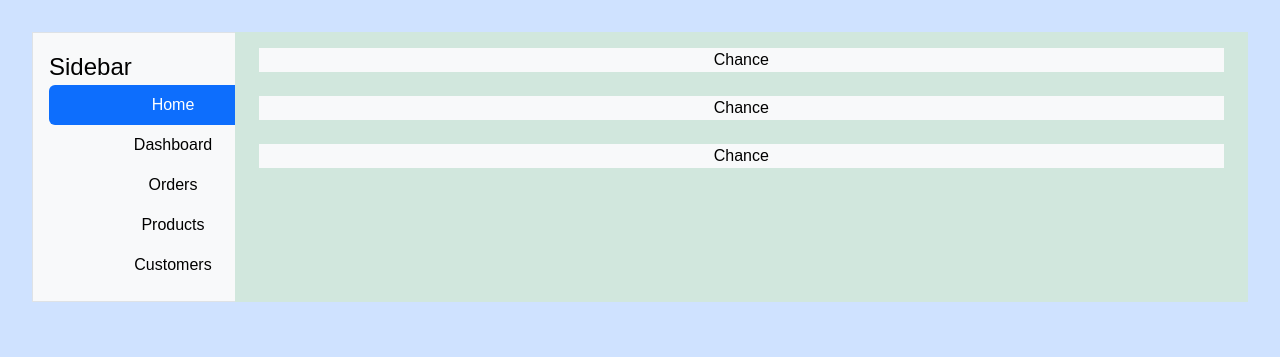
Repository: chancellor-w-whitaker/bec-tab
Page: /
An editor plug-in stored every save of this project. The page is shown before and after the next save, followed by the edit.
The browser window is 1280 px wide. The pictures show the whole page.
Some web fonts or font styles are not loaded; a fallback is used. The project was rebuilt for these pictures with package versions that can differ from the ones it lists, and the page was loaded fresh each time. Also part of the build but not shown: vite.config.js.

Above is the page before, as saved 2024-01-07 01:20:37.

### src/main.jsx
// Bootstrap Bundle JS
import "bootstrap/dist/js/bootstrap.bundle.min";
// Bootstrap CSS
import "bootstrap/dist/css/bootstrap.min.css";
import ReactDOM from "react-dom/client";
import React from "react";

import App from "./App.jsx";
import "./index.css";

ReactDOM.createRoot(document.getElementById("root")).render(
  <React.StrictMode>
    <App />
  </React.StrictMode>
);

### src/App.jsx
import { useEffect } from "react";

import "./App.css";

const useBodyBgVariant = (bgVariant = "body-tertiary") => {
  useEffect(() => {
    document.body.classList.add(`bg-${bgVariant}`);

    return () => {
      document.body.classList.remove(`bg-${bgVariant}`);
    };
  }, [bgVariant]);
};

const Button = ({ children }) => {
  return (
    <>
      <button className="btn btn-primary" type="button">
        {children}
      </button>
    </>
  );
};

const Card = () => {
  return (
    <>
      <div
        className="p-2 rounded border text-center bg-body-tertiary lh-1"
        style={{ width: 250 }}
      >
        <div>Chance</div>
        <div>Chance</div>
        <div>Chance</div>
      </div>
    </>
  );
};

const App = () => {
  useBodyBgVariant("primary-subtle");

  return (
    // <div className="container-fluid">
    //   <div className="row">
    //     <div className="sidebar border border-right col-md-3 col-lg-2 p-0 bg-warning-subtle">
    //       <div className="d-flex flex-column gap-2 p-2">
    //         <Button>Chance</Button>
    //         <Button>Chance</Button>
    //         <Button>Chance</Button>
    //         <Button>Chance</Button>
    //         <Button>Chance Chance Chance Chance Chance</Button>
    //       </div>
    //     </div>
    //     <div className="col-md-9 ms-sm-auto col-lg-10 p-0 bg-success-subtle">
    //       <div className="d-flex flex-row flex-wrap row-gap-4 p-2 justify-content-between">
    //         <Card></Card>
    //         <Card></Card>
    //         <Card></Card>
    //         <Card></Card>
    //         <Card></Card>
    //         <Card></Card>
    //         <Card></Card>
    //         <Card></Card>
    //         <Card></Card>
    //       </div>
    //     </div>
    //   </div>
    // </div>
    <div className="container-fluid">
      <div className="row">
        <div className="sidebar border border-right col-md-3 col-lg-2 p-0 bg-warning-subtle">
          <div
            className="d-flex flex-column flex-shrink-0 p-3 bg-body-tertiary"
            style={{ width: 280 }}
          >
            <a
              className="d-flex align-items-center mb-3 mb-md-0 me-md-auto link-body-emphasis text-decoration-none"
              href="/"
            >
              <span className="fs-4">Sidebar</span>
            </a>
            <ul className="nav nav-pills flex-column mb-auto">
              <li className="nav-item">
                <a className="nav-link active" aria-current="page" href="#">
                  Home
                </a>
              </li>
              <li>
                <a className="nav-link link-body-emphasis" href="#">
                  Dashboard
                </a>
              </li>
              <li>
                <a className="nav-link link-body-emphasis" href="#">
                  Orders
                </a>
              </li>
              <li>
                <a className="nav-link link-body-emphasis" href="#">
                  Products
                </a>
              </li>
              <li>
                <a className="nav-link link-body-emphasis" href="#">
                  Customers
                </a>
              </li>
            </ul>
          </div>
        </div>
        <div className="col-md-9 ms-sm-auto col-lg-10 px-md-4 py-3 bg-success-subtle">
          <div className="d-flex flex-column gap-4">
            <div className="text-bg-light">Chance</div>
            <div className="text-bg-light">Chance</div>
            <div className="text-bg-light">Chance</div>
          </div>
        </div>
      </div>
    </div>
  );
};

export default App;

### src/index.css
@font-face {
  font-family: poppins;
  font-style: normal;
  font-weight: 400;
  src: local("Poppins"),
    url(https://fonts.cdnfonts.com/s/16009/Poppins-Regular.woff) format("woff");
}
@font-face {
  font-family: poppins;
  font-style: normal;
  font-weight: 400;
  src: local("Poppins"),
    url(https://fonts.cdnfonts.com/s/16009/Poppins-Regular.woff) format("woff");
}
@font-face {
  font-family: poppins;
  font-style: italic;
  font-weight: 400;
  src: local("Poppins"),
    url(https://fonts.cdnfonts.com/s/16009/Poppins-Italic.woff) format("woff");
}
@font-face {
  font-family: poppins;
  font-style: italic;
  font-weight: 400;
  src: local("Poppins"),
    url(https://fonts.cdnfonts.com/s/16009/Poppins-Italic.woff) format("woff");
}
@font-face {
  font-family: poppins;
  font-style: normal;
  font-weight: 250;
  src: local("Poppins"),
    url(https://fonts.cdnfonts.com/s/16009/Poppins-Thin.woff) format("woff");
}
@font-face {
  font-family: poppins;
  font-style: normal;
  font-weight: 250;
  src: local("Poppins"),
    url(https://fonts.cdnfonts.com/s/16009/Poppins-Thin.woff) format("woff");
}
@font-face {
  font-family: poppins;
  font-style: italic;
  font-weight: 250;
  src: local("Poppins"),
    url(https://fonts.cdnfonts.com/s/16009/Poppins-ThinItalic.woff)
      format("woff");
}
@font-face {
  font-family: poppins;
  font-style: italic;
  font-weight: 250;
  src: local("Poppins"),
    url(https://fonts.cdnfonts.com/s/16009/Poppins-ThinItalic.woff)
      format("woff");
}
@font-face {
  font-family: poppins;
  font-style: normal;
  font-weight: 275;
  src: local("Poppins"),
    url(https://fonts.cdnfonts.com/s/16009/Poppins-ExtraLight.woff)
      format("woff");
}
@font-face {
  font-family: poppins;
  font-style: normal;
  font-weight: 275;
  src: local("Poppins"),
    url(https://fonts.cdnfonts.com/s/16009/Poppins-ExtraLight.woff)
      format("woff");
}
@font-face {
  font-family: poppins;
  font-style: italic;
  font-weight: 275;
  src: local("Poppins"),
    url(https://fonts.cdnfonts.com/s/16009/Poppins-ExtraLightItalic.woff)
      format("woff");
}
@font-face {
  font-family: poppins;
  font-style: italic;
  font-weight: 275;
  src: local("Poppins"),
    url(https://fonts.cdnfonts.com/s/16009/Poppins-ExtraLightItalic.woff)
      format("woff");
}
@font-face {
  font-family: poppins;
  font-style: normal;
  font-weight: 300;
  src: local("Poppins"),
    url(https://fonts.cdnfonts.com/s/16009/Poppins-Light.woff) format("woff");
}
@font-face {
  font-family: poppins;
  font-style: normal;
  font-weight: 300;
  src: local("Poppins"),
    url(https://fonts.cdnfonts.com/s/16009/Poppins-Light.woff) format("woff");
}
@font-face {
  font-family: poppins;
  font-style: italic;
  font-weight: 300;
  src: local("Poppins"),
    url(https://fonts.cdnfonts.com/s/16009/Poppins-LightItalic.woff)
      format("woff");
}
@font-face {
  font-family: poppins;
  font-style: italic;
  font-weight: 300;
  src: local("Poppins"),
    url(https://fonts.cdnfonts.com/s/16009/Poppins-LightItalic.woff)
      format("woff");
}
@font-face {
  font-family: poppins;
  font-style: normal;
  font-weight: 500;
  src: local("Poppins"),
    url(https://fonts.cdnfonts.com/s/16009/Poppins-Medium.woff) format("woff");
}
@font-face {
  font-family: poppins;
  font-style: normal;
  font-weight: 500;
  src: local("Poppins"),
    url(https://fonts.cdnfonts.com/s/16009/Poppins-Medium.woff) format("woff");
}
@font-face {
  font-family: poppins;
  font-style: italic;
  font-weight: 500;
  src: local("Poppins"),
    url(https://fonts.cdnfonts.com/s/16009/Poppins-MediumItalic.woff)
      format("woff");
}
@font-face {
  font-family: poppins;
  font-style: italic;
  font-weight: 500;
  src: local("Poppins"),
    url(https://fonts.cdnfonts.com/s/16009/Poppins-MediumItalic.woff)
      format("woff");
}
@font-face {
  font-family: poppins;
  font-style: normal;
  font-weight: 600;
  src: local("Poppins"),
    url(https://fonts.cdnfonts.com/s/16009/Poppins-SemiBold.woff) format("woff");
}
@font-face {
  font-family: poppins;
  font-style: normal;
  font-weight: 600;
  src: local("Poppins"),
    url(https://fonts.cdnfonts.com/s/16009/Poppins-SemiBold.woff) format("woff");
}
@font-face {
  font-family: poppins;
  font-style: italic;
  font-weight: 600;
  src: local("Poppins"),
    url(https://fonts.cdnfonts.com/s/16009/Poppins-SemiBoldItalic.woff)
      format("woff");
}
@font-face {
  font-family: poppins;
  font-style: italic;
  font-weight: 600;
  src: local("Poppins"),
    url(https://fonts.cdnfonts.com/s/16009/Poppins-SemiBoldItalic.woff)
      format("woff");
}
@font-face {
  font-family: poppins;
  font-style: normal;
  font-weight: 700;
  src: local("Poppins"),
    url(https://fonts.cdnfonts.com/s/16009/Poppins-Bold.woff) format("woff");
}
@font-face {
  font-family: poppins;
  font-style: normal;
  font-weight: 700;
  src: local("Poppins"),
    url(https://fonts.cdnfonts.com/s/16009/Poppins-Bold.woff) format("woff");
}
@font-face {
  font-family: poppins;
  font-style: italic;
  font-weight: 700;
  src: local("Poppins"),
    url(https://fonts.cdnfonts.com/s/16009/Poppins-BoldItalic.woff)
      format("woff");
}
@font-face {
  font-family: poppins;
  font-style: italic;
  font-weight: 700;
  src: local("Poppins"),
    url(https://fonts.cdnfonts.com/s/16009/Poppins-BoldItalic.woff)
      format("woff");
}
@font-face {
  font-family: poppins;
  font-style: normal;
  font-weight: 800;
  src: local("Poppins"),
    url(https://fonts.cdnfonts.com/s/16009/Poppins-ExtraBold.woff)
      format("woff");
}
@font-face {
  font-family: poppins;
  font-style: normal;
  font-weight: 800;
  src: local("Poppins"),
    url(https://fonts.cdnfonts.com/s/16009/Poppins-ExtraBold.woff)
      format("woff");
}
@font-face {
  font-family: poppins;
  font-style: italic;
  font-weight: 800;
  src: local("Poppins"),
    url(https://fonts.cdnfonts.com/s/16009/Poppins-ExtraBoldItalic.woff)
      format("woff");
}
@font-face {
  font-family: poppins;
  font-style: italic;
  font-weight: 800;
  src: local("Poppins"),
    url(https://fonts.cdnfonts.com/s/16009/Poppins-ExtraBoldItalic.woff)
      format("woff");
}
@font-face {
  font-family: poppins;
  font-style: normal;
  font-weight: 900;
  src: local("Poppins"),
    url(https://fonts.cdnfonts.com/s/16009/Poppins-Black.woff) format("woff");
}
@font-face {
  font-family: poppins;
  font-style: normal;
  font-weight: 900;
  src: local("Poppins"),
    url(https://fonts.cdnfonts.com/s/16009/Poppins-Black.woff) format("woff");
}
@font-face {
  font-family: poppins;
  font-style: italic;
  font-weight: 900;
  src: local("Poppins"),
    url(https://fonts.cdnfonts.com/s/16009/Poppins-BlackItalic.woff)
      format("woff");
}
@font-face {
  font-family: poppins;
  font-style: italic;
  font-weight: 900;
  src: local("Poppins"),
    url(https://fonts.cdnfonts.com/s/16009/Poppins-BlackItalic.woff)
      format("woff");
}

:root,
[data-bs-theme="light"] {
  --bs-font-sans-serif: "Poppins", sans-serif;

  --bs-box-shadow: 0px 3px 3px -2px rgba(0, 0, 0, 0.2),
    0px 3px 4px 0px rgba(0, 0, 0, 0.14), 0px 1px 8px 0px rgba(0, 0, 0, 0.12);
  --bs-box-shadow-sm: 0px 3px 1px -2px rgba(0, 0, 0, 0.2),
    0px 2px 2px 0px rgba(0, 0, 0, 0.14), 0px 1px 5px 0px rgba(0, 0, 0, 0.12);
  --bs-box-shadow-lg: 0px 2px 4px -1px rgba(0, 0, 0, 0.2),
    0px 4px 5px 0px rgba(0, 0, 0, 0.14), 0px 1px 10px 0px rgba(0, 0, 0, 0.12);
}

Loaded but not shown: index.html (common file); src/App.css (common file)

After the next save:
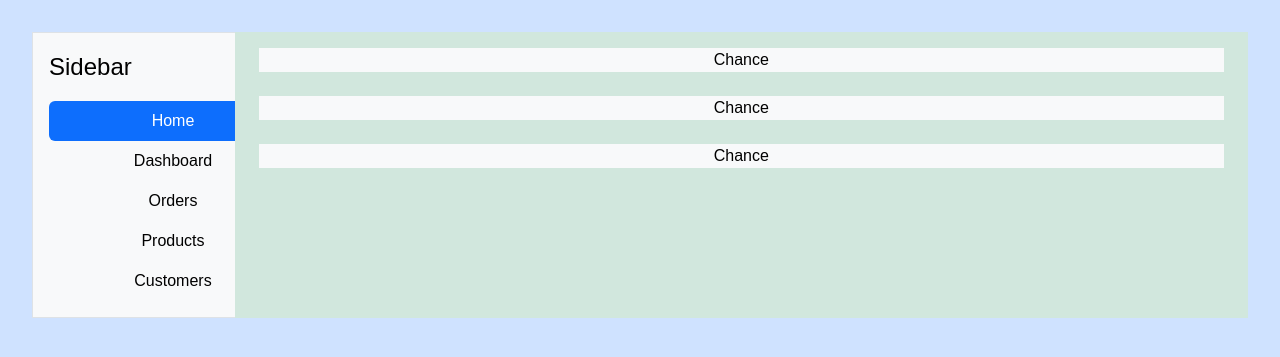
Saved 30 s later.
--- a/src/App.jsx
+++ b/src/App.jsx
@@ -75,7 +75,7 @@ const App = () => {
             style={{ width: 280 }}
           >
             <a
-              className="d-flex align-items-center mb-3 mb-md-0 me-md-auto link-body-emphasis text-decoration-none"
+              className="d-flex align-items-center mb-3 me-md-auto link-body-emphasis text-decoration-none"
               href="/"
             >
               <span className="fs-4">Sidebar</span>
